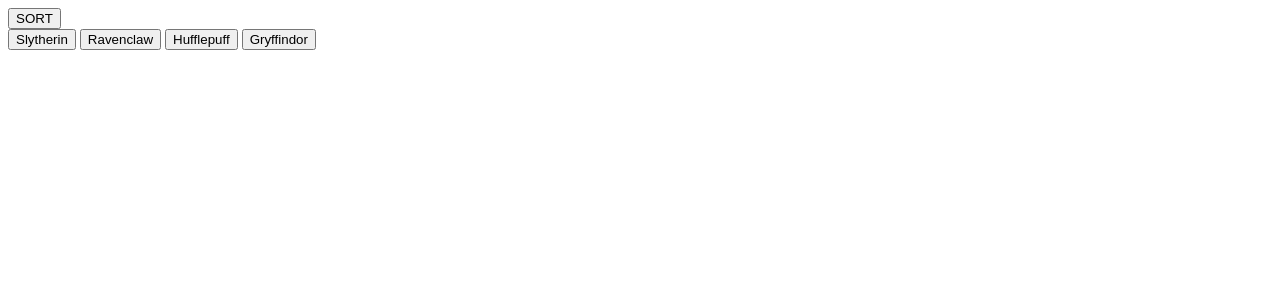
Repository: ZamlZam/INDIVIDUAL-PROJECT-sorting-hat
Page: index.html
An editor plug-in stored every save of this project. The page is shown before and after the next save, followed by the edit.
The browser window is 1280 px wide. The pictures show the whole page.

Above is the page before, as saved 2023-05-02 19:59:56.
Console error: ReferenceError: form is not defined

After the next save:
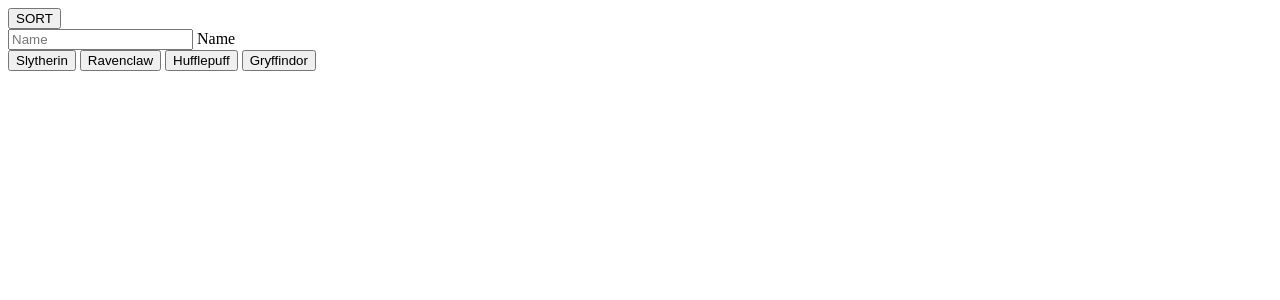
Saved 5 s later.
--- a/index.html
+++ b/index.html
@@ -13,7 +13,11 @@
   <div id ="expelled"></div>
   <!-- sort button-->
   <button type="sort" class="btn btn-success" id="house-sort">SORT</button>
-
+  <form>
+    <div class="form-floating mb-3">
+      <input type="text" class="form-control" id="name" placeholder="Name" required>
+      <label fo   r="floatingInput">Name</label>
+    </div>
       <!-- <div class="flex-container"> -->
       <div class="House-btn">
         <button type="button" class= "btn btn-outline-dark" id ='one'>Slytherin</button>
